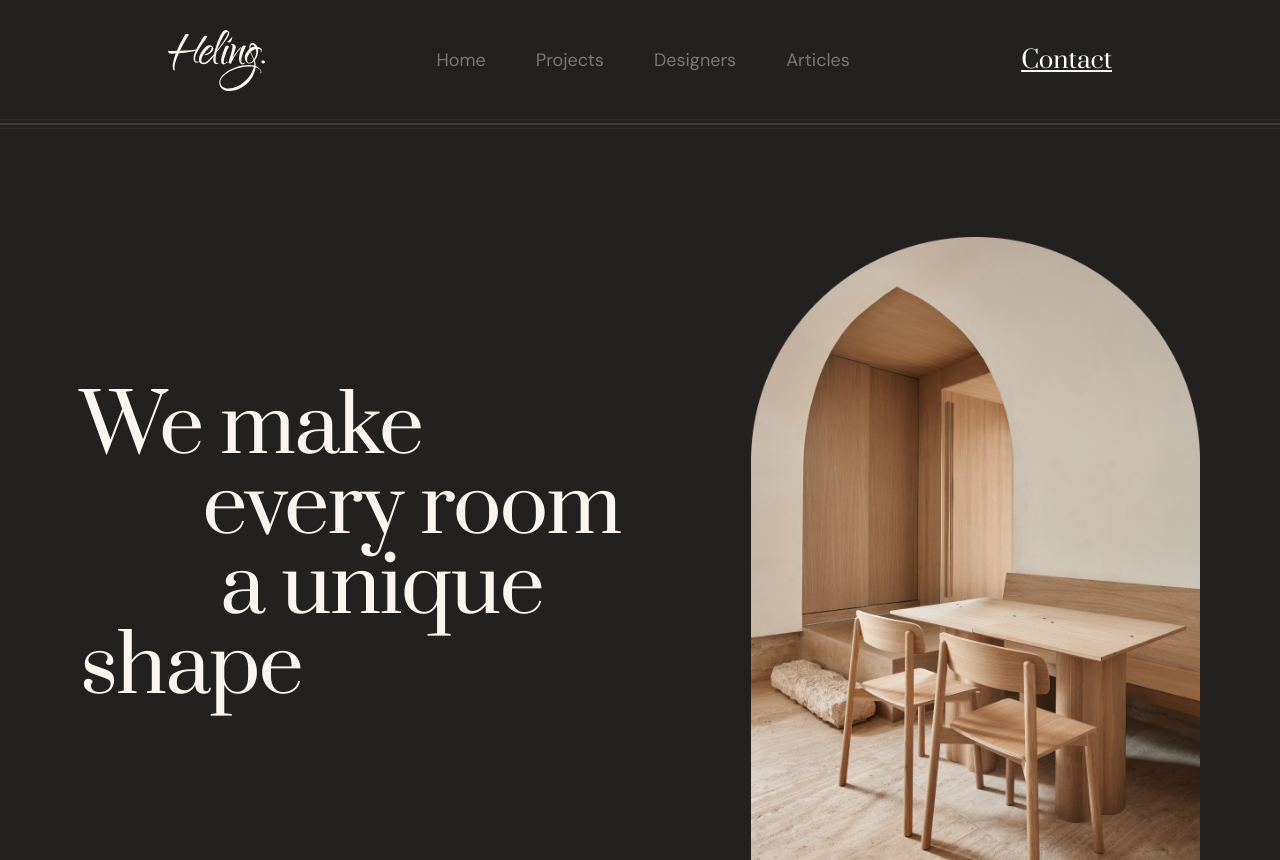
Repository: vandangnhathung/healingui_website
Page: /
An editor plug-in stored every save of this project. The page is shown before and after the next save, followed by the edit.
The browser window is 1280 px wide. The pictures show the whole page.
The project was rebuilt for these pictures with package versions that can differ from the ones it lists, and the page was loaded fresh each time.

Above is the page before, as saved 2022-03-16 13:22:40.

After the next save:
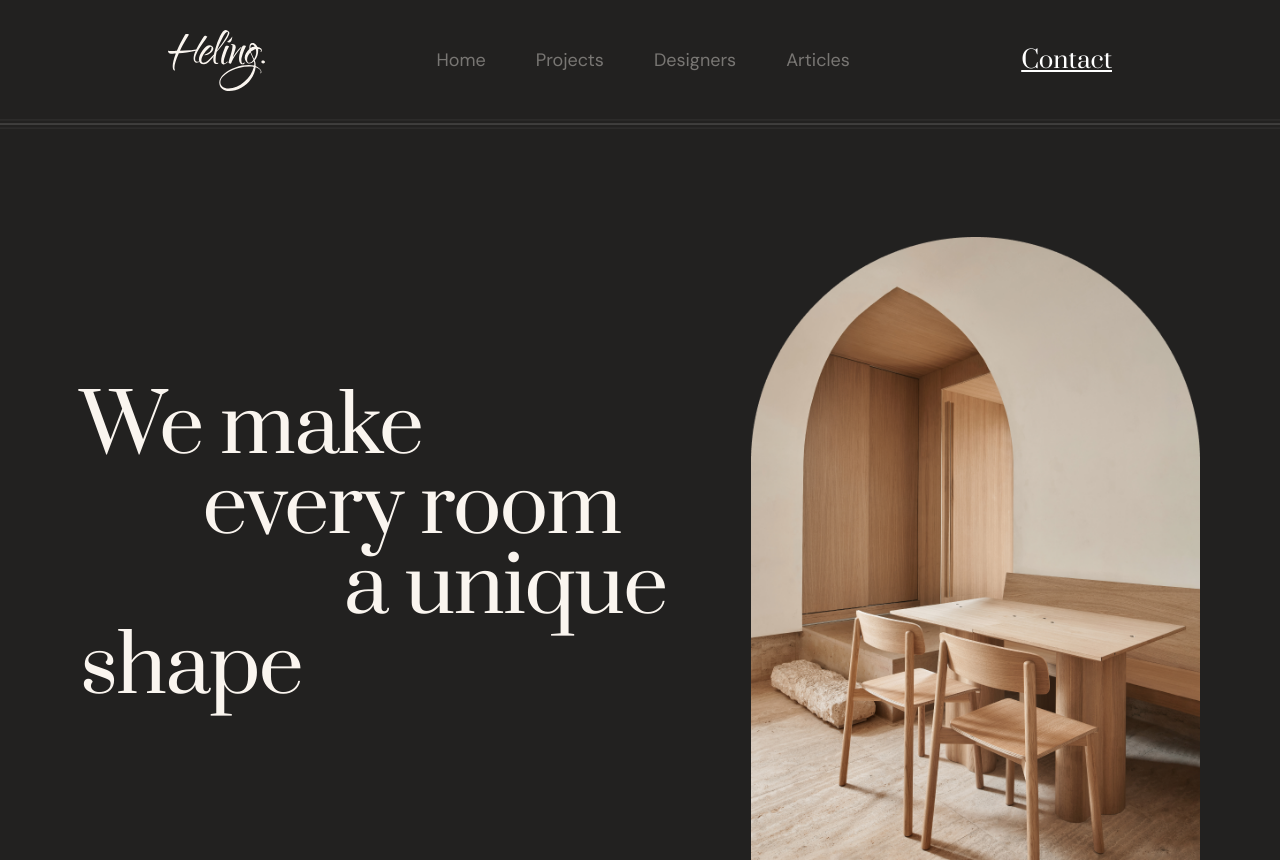
Saved 26 s later.
--- a/src/components/Container/Container.js
+++ b/src/components/Container/Container.js
@@ -34,7 +34,7 @@
         <div>
           <Slogan>
             We make <span className="opacity-0">We</span>every room{" "}
-            <span className="opacity-0">We </span> a unique shape
+            <span className="opacity-0">We we </span> a unique shape
           </Slogan>
         </div>
         <div>

After the 3 saves that followed:
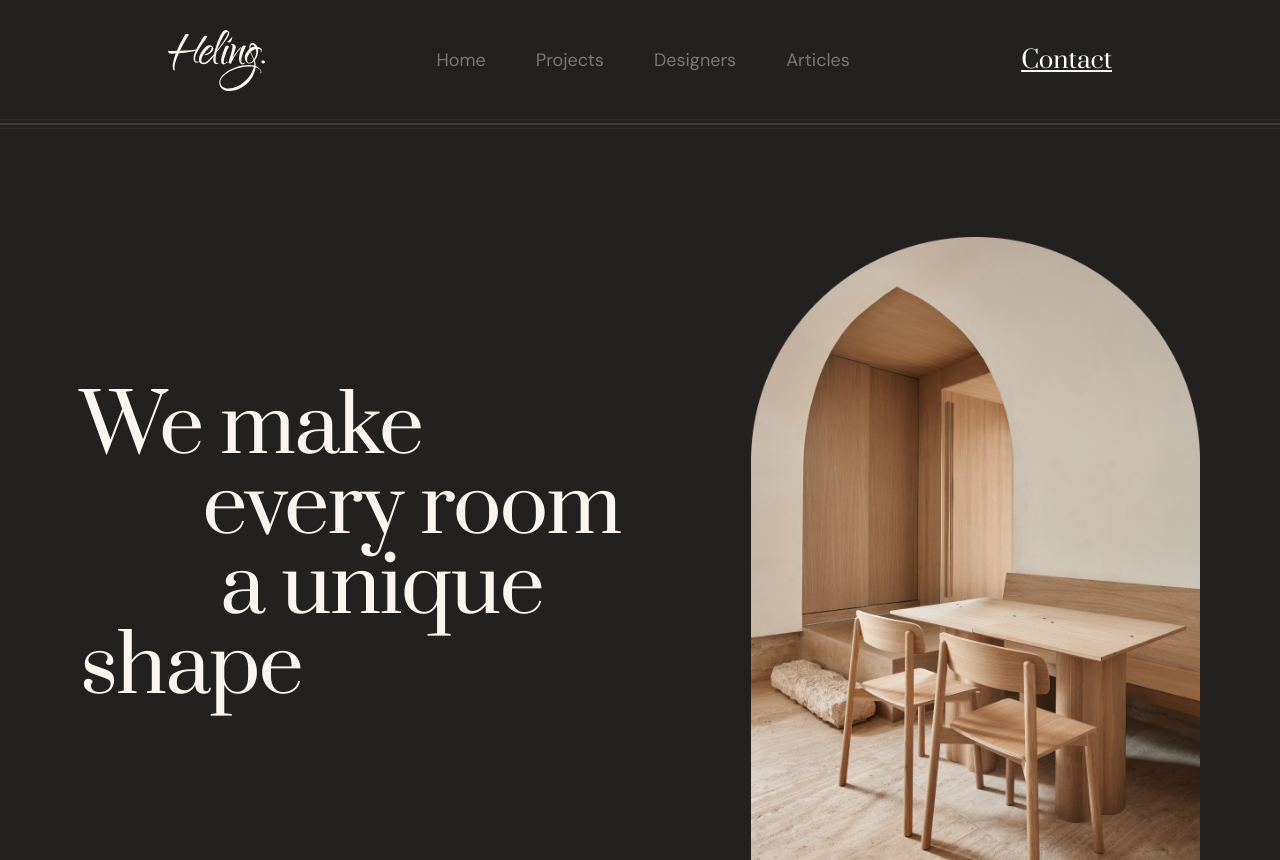
The 3 saves are shown as one change because they came seconds apart.
The last was saved 9 s later.
--- a/src/components/Container/Container.js
+++ b/src/components/Container/Container.js
@@ -34,7 +34,7 @@
         <div>
           <Slogan>
             We make <span className="opacity-0">We</span>every room{" "}
-            <span className="opacity-0">We we </span> a unique shape
+            <span className="opacity-0">We</span> a unique shape
           </Slogan>
         </div>
         <div>
